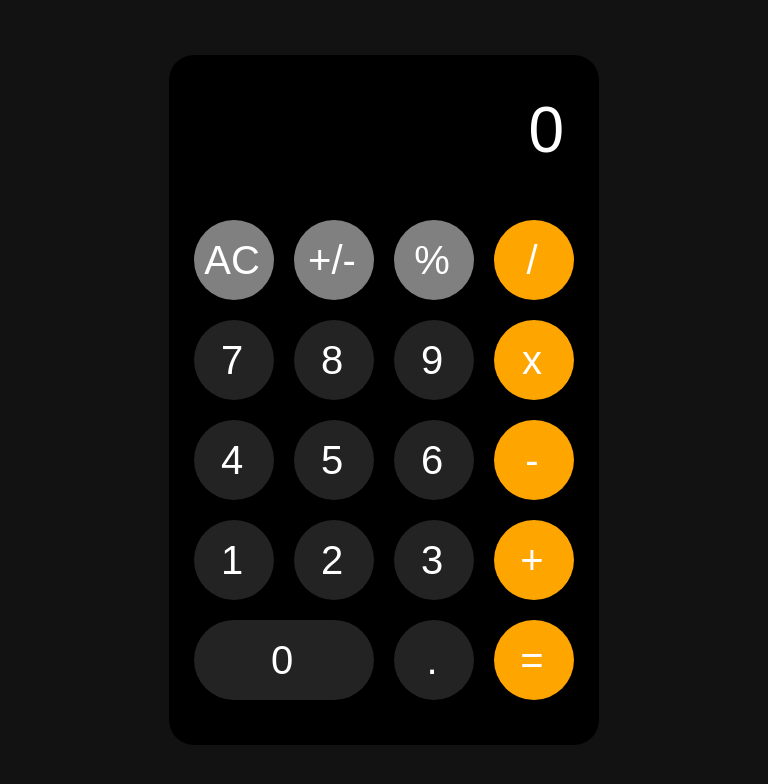
Repository: EguJaredoBoyd/IgHub
Page: mId-week-project/index.html
An editor plug-in stored every save of this project. The page is shown before and after the next save, followed by the edit.
The browser window is 768 px wide. The pictures show the whole page.

Above is the page before, as saved 2025-03-01 21:56:23.

### mId-week-project/index.html
<!DOCTYPE html>
<html lang="en">
<head>
    <meta charset="UTF-8">
    <meta name="viewport" content="width=device-width, initial-scale=1.0">
    <title>Document</title>
    <link rel="stylesheet" href="./styles.css">
    <script src="./script-two.js" defer></script>
</head>
<body>

    <div id="calculator" >
        <input id="display" readonly>
        <div id="keys">
            <button onclick="clearDisplay()"class="signs">AC</button>
            <button onclick="appendToDisplay('+/-')" class="signs">+/-</button>
            <button onclick="appendToDisplay('%')" class="signs">%</button>
            <button onclick="appendToDisplay('/')" class="operator-btn">/</button>
            <button onclick="appendToDisplay('7')">7</button>
            <button onclick="appendToDisplay('8')">8</button>
            <button onclick="appendToDisplay('9')">9</button>
            <button onclick="appendToDisplay('*')"class="operator-btn">x</button>
            <button onclick="appendToDisplay('4')">4</button>
            <button onclick="appendToDisplay('5')">5</button>
            <button onclick="appendToDisplay('6')">6</button>
            <button onclick="appendToDisplay('-')"class="operator-btn">-</button>
            <button onclick="appendToDisplay('1')">1</button>
            <button onclick="appendToDisplay('2')">2</button>
            <button onclick="appendToDisplay('3')">3</button>
            <button onclick="appendToDisplay('+')"class="operator-btn">+</button>
            <button onclick="appendToDisplay('0')" class="zero">0</button>
            <button onclick="appendToDisplay('.')">.</button>
            <button onclick="calculate()"class="operator-btn">=</button>
        </div>
    </div>

</body>
</html>

### mId-week-project/styles.css
/* Base styles for all screen sizes */
body {
    margin: 0;
    padding: 0;
    display: flex;
    justify-content: center;
    align-items: center;
    min-height: 100vh;
    /* Ensures full viewport height */
    background-color: #121212;
    overflow: auto;
    /* Allows scrolling if needed */
}

/* Ensures content is properly centered and scrollable */
#calculator {
    display: flex;
    flex-direction: column;
    align-items: center;
    justify-content: space-between;
    max-width: 500px;
    width: 90%;
    padding: 20px;
    background-color: black;
    border-radius: 25px;
    overflow: hidden;
    margin: 20px 0;
    /* Prevents it from sticking to the top */
}

#display {
    width: 90%;
    height: 100px;
    /* Ensuring enough space */
    padding: 20px;
    font-size: 5rem;
    text-align: right;
    border: none;
    background-color: black;
    color: white;
}

/* Button Styling */
button {
    width: 100px;
    height: 100px;
    border: none;
    background-color: rgb(36, 35, 35);
    color: white;
    font-size: 3rem;
    font-weight: lighter;
    cursor: pointer;
    border-radius: 50%;
    /* Ensuring all buttons (except zero) stay circular */
}

#keys {
    display: grid;
    grid-template-columns: repeat(4, 1fr);
    gap: 20px;
    padding: 30px;
}

#keys button.zero {
    grid-column: 1 / span 2;
    width: 100%;
    border-radius: 50px;
}

/* Button Interaction */
button:hover {
    background-color: gray;
}

button:active {
    background-color: white;
}

/* Special button colors */
.operator-btn {
    background-color: orange;
}

.signs {
    background-color: gray;
}

/* Responsive Design: Scaling down properly for smaller screens */
@media (max-width: 768px) {
    button {
        width: 80px;
        height: 80px;
        font-size: 2.5rem;
        padding-right: 10px;

    }

    #calculator {
        max-width: 400px;
        padding: 15px;
    }

    #display {
        font-size: 4rem;
        padding: 20px;
        height: 80px;
        /* Adjust display size for smaller screens */
    }

}

@media (max-width: 480px) {
    button {
        width: 60px;
        height: 60px;
        font-size: 2rem;
    }

    #keys {
        gap: 10px;
    }

    #display {
        font-size: 3rem;
        padding: 15px;
        height: 70px;
        /* Adjust display size for mobile */
    }

    #calculator {
        width: 95%;
        padding: 10px;
    }
}

### mId-week-project/script-two.js
let display = document.getElementById("display");
let currentInput = "";
let operator = "";
let firstOperand = null;

function appendToDisplay(value) {
    if (value === "+/-") {
        currentInput = currentInput ? String(-parseFloat(currentInput)) : "";
    } else if (value === "%") {
        currentInput = currentInput ? String(parseFloat(currentInput) / 100) : "";
    } else if (["+", "-", "*", "/"].includes(value)) {
        if (firstOperand === null) {
            firstOperand = parseFloat(currentInput);
            operator = value;
            currentInput = "";
        } else if (currentInput !== "") {
            calculate();
            operator = value;
        }
    } else {
        currentInput += value;
    }
    updateDisplay();
}

function updateDisplay() {
    display.value = currentInput || firstOperand || "0";
}

function clearDisplay() {
    currentInput = "";
    operator = "";
    firstOperand = null;
    updateDisplay();
}

function calculate() {
    if (firstOperand !== null && operator && currentInput !== "") {
        let secondOperand = parseFloat(currentInput);
        switch (operator) {
            case "+":
                firstOperand += secondOperand;
                break;
            case "-":
                firstOperand -= secondOperand;
                break;
            case "*":
                firstOperand *= secondOperand;
                break;
            case "/":
                firstOperand = secondOperand !== 0 ? firstOperand / secondOperand : "Error";
                break;
        }
        currentInput = "";
        operator = "";
        updateDisplay();
    }
}

// Initialize display
updateDisplay();

After the next save:
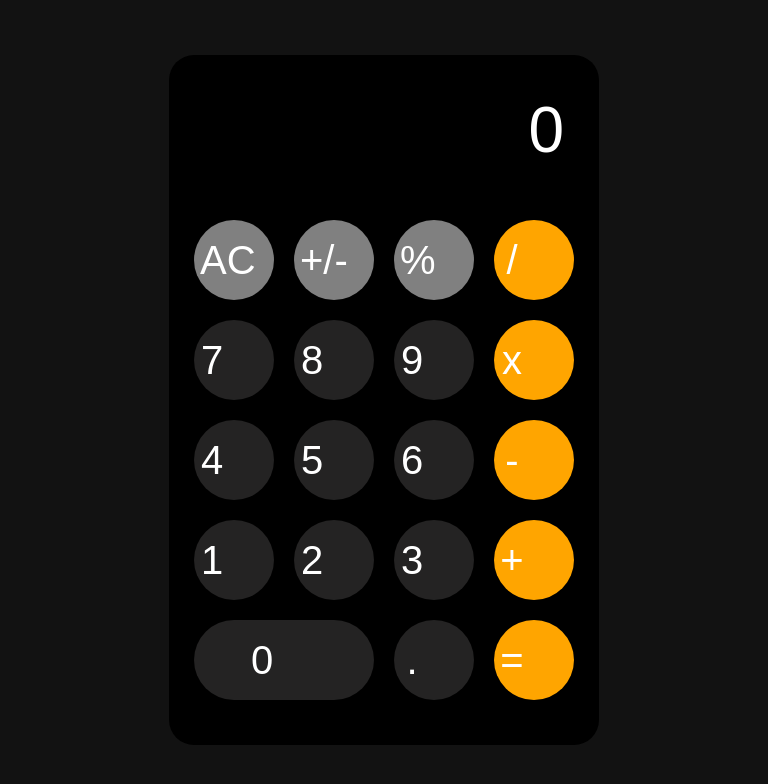
Saved 23 s later.
--- a/mId-week-project/styles.css
+++ b/mId-week-project/styles.css
@@ -91,7 +91,7 @@
         width: 80px;
         height: 80px;
         font-size: 2.5rem;
-        padding-right: 10px;
+        padding-right: 50px;
 
     }
 

After the save that followed:
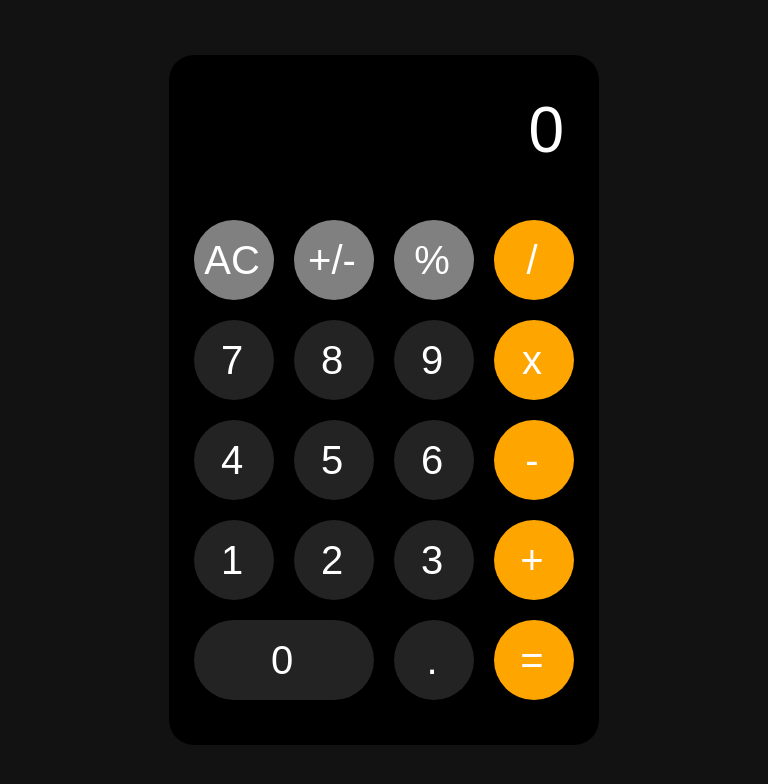
Saved 11 s later.
--- a/mId-week-project/styles.css
+++ b/mId-week-project/styles.css
@@ -91,7 +91,7 @@
         width: 80px;
         height: 80px;
         font-size: 2.5rem;
-        padding-right: 50px;
+        padding-right: 10px;
 
     }
 
